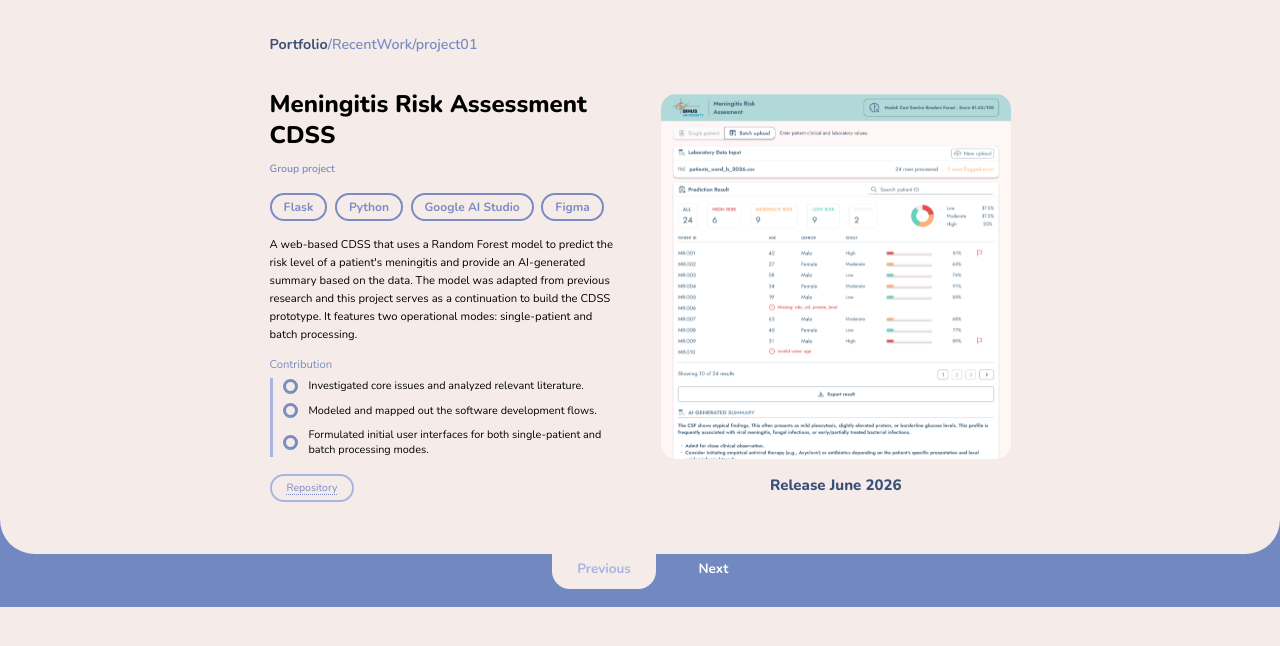
Repository: L-vy/L-vy
Page: /recentworks/project01
These files come from the project's save history. The page is drawn as it stood at one moment and after the next save; the edit follows.
The browser window is 1280 px wide. The pictures show the whole page.
Some web fonts or font styles are not loaded; a fallback is used. The project was rebuilt for these pictures with package versions that can differ from the ones it lists, and the page was loaded fresh each time. Also part of the build but not shown: vite.config.ts, src/components/Icon.tsx, src/data/site.ts, src/components/useGoTo.ts, src/components/Navbar.tsx, src/components/Hero.tsx, src/components/Reveal.tsx, src/components/Skills.tsx and 9 more.

Above is the page before, as saved 2026-10-07 19:47:40.

### index.html
<!doctype html>
<html lang="en">
  <head>
    <meta charset="UTF-8" />
    <meta name="viewport" content="width=device-width, initial-scale=1.0" />
    <meta name="description" content="Portfolio of Latasha Ivy Khoe, Computer Science student specializing in Cloud Technology, UI/UX design and full-stack development." />
    <meta name="theme-color" content="#7288c1" />
    <link rel="icon" href="/images/ivy-logo.svg" />
    <link rel="preconnect" href="https://fonts.googleapis.com" />
    <link rel="preconnect" href="https://fonts.gstatic.com" crossorigin />
    <link href="https://fonts.googleapis.com/css2?family=Nunito:ital,wght@0,400;0,600;0,700;0,800;1,400&family=Playwrite+US+Modern:wght@100..400&display=swap" rel="stylesheet" />
    <title>Latasha Ivy Khoe | Portfolio</title>
  </head>
  <body>
    <div id="root"></div>
    <script type="module" src="/src/main.tsx"></script>
  </body>
</html>

### src/main.tsx
import { StrictMode } from 'react'
import { createRoot } from 'react-dom/client'
import App from './App'
import './styles.css'
createRoot(document.getElementById('root')!).render(<StrictMode><App /></StrictMode>)

### src/App.tsx
import { BrowserRouter, Route, Routes } from 'react-router-dom'
import Home from './pages/Home'
import ProjectDetails from './pages/ProjectDetails'
import CursorCircle from './components/CursorCircle'
export default function App() {
  return (
    <BrowserRouter>
      <CursorCircle />
      <Routes>
        <Route path="/" element={<Home />} />
        <Route path="/recentworks/:id" element={<ProjectDetails />} />
        <Route path="*" element={<Home />} />
      </Routes>
    </BrowserRouter>
  )
}

### src/styles.css
/* Sizes are authored at design scale (16px = 1rem) and rendered at 75% via html{font-size:75%}. */
:root{--blue:#7288c1;--cream:#f5ecea;--ink:#3b5078;--peri:#7a8cc2;--light:#a9b5e0;--bar:#9fadd1;--pill:#d3d6e6;--panel:#d1d4e3;--ph:#d9d9d9;--txt:#000;--gut:max(3.5rem,calc((100% - 68.75rem)/2 + 3.5rem));color-scheme:light}
html{font-size:75%}
*{box-sizing:border-box}
body{margin:0;background:var(--cream);color:var(--txt);font-family:'Nunito',system-ui,sans-serif;line-height:1.4}
h1,h2,h3,p,ul{margin:0}
ul{padding:0;list-style:none}
a{color:inherit}
button{font-family:inherit;cursor:pointer}
img{max-width:100%}
:focus-visible{outline:3px solid var(--ink);outline-offset:3px}
.fx{font-family:'Playwrite US Modern','Nunito',cursive;font-weight:400}
.nav{position:relative;height:4.5rem;background:var(--blue)}
.nav::after{content:'';position:absolute;left:0;right:0;top:100%;height:2.875rem;background:var(--blue)}
.nav-tabs{max-width:68.75rem;margin:0 auto;height:100%;display:flex;align-items:flex-end;padding-left:28%}
.nav-tab{width:8.25rem;height:4rem;border:0;background:none;color:#e9ecf7;display:grid;place-items:center;padding:0;transition:opacity .25s}
.nav-tab:hover{opacity:.8}
.nav-tab.active{background:var(--cream);border-radius:1.5rem 1.5rem 0 0;color:var(--light);opacity:1}
.nav-tab img{height:2.125rem}
.page{position:relative;z-index:1;background:var(--cream);border-radius:2.875rem 2.875rem 0 0;padding:0 var(--gut)}
.section{padding-top:5.625rem}
.hero{position:relative;padding-top:2.875rem}
.hero-top{display:flex;justify-content:space-between;align-items:center}
.path{font-size:1.1875rem;font-weight:600;color:var(--peri)}
.path b{color:var(--ink);font-weight:700}
.crumb{background:none;border:0;padding:0;font:inherit;color:inherit}
.contact-link{background:none;border:0;font-size:1.1875rem;font-weight:700;color:var(--ink)}
.hero-grid{display:grid;grid-template-columns:16.875rem 1fr;gap:3.125rem;align-items:center;margin-top:3.25rem}
.hero-photo{width:100%;aspect-ratio:1;object-fit:cover;background:var(--ph);border-radius:2.5rem;transition:transform .3s}
.hero-photo:hover{transform:rotate(-1.2deg) scale(1.015)}
.hello{height:3.375rem;width:auto;display:block}
h1{margin-top:0.25rem;font:400 2.5rem/1.35 'Playwrite US Modern','Nunito',cursive}
.lead{max-width:30rem;font-size:1.0625rem;line-height:1.6;margin-top:0.875rem}
.lead.sm{font-size:0.9375rem;max-width:none;margin-top:1.25rem}
.actions{display:flex;align-items:center;gap:2.25rem;margin-top:1.625rem;flex-wrap:wrap}
.btn{display:inline-flex;align-items:center;gap:0.5rem;background:var(--ink);color:#fff;border:0;border-radius:62.4375rem;padding:0.75rem 1.375rem;font-size:1.0625rem;font-weight:700;transition:transform .25s}
.btn:hover{transform:translateY(-2px)}
.btn.blue{background:var(--blue);font-size:1.1875rem;padding:0.875rem 1.75rem}
.link-dotted{text-decoration:underline dotted;text-underline-offset:0.25rem;font-weight:700}
.link-dotted.grey{color:#777;font-size:1.0625rem}
.butterfly{display:block;margin:4rem auto 0;width:6rem}
.intro{max-width:47.5rem;margin:4.375rem auto 0;text-align:center}
.intro-text{font-size:1rem;line-height:1.7}
.pills{display:flex;flex-wrap:wrap;gap:0.625rem;justify-content:center;margin-top:1.375rem}
.pills.left{justify-content:flex-start}
.pill{border-radius:24rem;padding:0.3rem 1rem;font-weight:700;font-size:0.9375rem;background:var(--pill);color:var(--peri)}
.pill.solid-outline{background:none;border:2px solid var(--peri);font-size:1rem}
.reveal{opacity:0;transform:translateY(0.875rem);transition:opacity .6s,transform .6s}
.reveal.in{opacity:1;transform:none}
.fill{height:100%}
.cards{display:grid;grid-template-columns:repeat(4,1fr);gap:1.625rem;margin-top:2.125rem}
.card{display:flex;flex-direction:column;min-width:0}
.card-img{display:block;aspect-ratio:400/420;border-radius:2.25rem;overflow:hidden;background:var(--ph);transition:transform .3s}
.card-img img{width:100%;height:100%;object-fit:cover;display:block}
.card:hover .card-img{transform:rotate(-1.2deg) scale(1.015)}
.card-title{display:flex;justify-content:space-between;align-items:flex-start;gap:0.5rem;margin-top:1rem;color:var(--ink)}
.card-title .icon{flex:none}
.clamp{font-size:1.125rem;font-weight:800;line-height:1.3;color:var(--txt);display:-webkit-box;-webkit-line-clamp:2;-webkit-box-orient:vertical;overflow:hidden}
.card-sum{font-size:0.875rem;line-height:1.5;margin-top:0.375rem}
.card-links{margin-top:0.625rem}
.card-links .link-dotted{color:var(--peri);font-size:0.875rem}
.tabbar{position:relative;background:var(--bar);border-radius:62.4375rem;padding:0.375rem 0.5rem;display:flex;justify-content:center;gap:0.75rem;margin-top:2.125rem;box-shadow:0 0.5rem 0.875rem -0.375rem rgba(60,70,110,.35)}
.tabwrap{position:relative;width:min(9.375rem,22%)}
.tab{width:100%;border:0;border-radius:62.4375rem;padding:0.5rem 0;font-size:1rem;font-weight:700;background:var(--pill);color:#8f9dcf;transition:background .25s,color .25s}
.tab.on{background:#fff;color:var(--ink)}
.pointer{position:absolute;left:50%;bottom:-1.25rem;margin-left:-0.5625rem;border:0.5625rem solid transparent;border-top:0;border-bottom:0.8125rem solid var(--ink)}
.panel{margin-top:2.75rem;background:var(--panel);border-radius:1.375rem;height:30.625rem;box-shadow:0 0.375rem 1rem -0.5rem rgba(60,70,110,.3);transition:background .3s,box-shadow .3s}
.panel.bound{background:transparent;box-shadow:none}
.banner{height:100%;display:flex;flex-direction:column;gap:2.125rem;padding:1.875rem 2.125rem 2.5rem}
.banner-img{flex:1;min-height:0;width:100%;object-fit:cover;background:var(--ph);border-radius:2.25rem;transition:transform .3s}
.banner:hover .banner-img{transform:rotate(-1.2deg) scale(1.015)}
.tx{padding-left:0.4375rem}
.tx h2{font-size:1.625rem;line-height:1.4}
.tx h3{margin-top:2px;font-size:1.1875rem;font-weight:700}
.tx p{margin-top:0.375rem;font-style:italic;font-size:0.9375rem}
.folders{height:100%;display:grid;grid-template-columns:1fr 1fr;gap:1.5rem;padding:1.75rem 2rem}
.folder{--rim:#3b5078;--body:#f3f3f9;background:var(--rim);border-radius:1.875rem;padding:1.5px;display:flex;flex-direction:column;overflow:hidden}
.media{height:11.875rem;margin-bottom:-2.5rem;flex:none;position:relative;overflow:hidden;border-radius:1.78125rem 1.78125rem 0 0;background:var(--ph)}
.media>*{display:block;width:100%;height:100%;object-fit:cover;background:var(--ph);transform:scale(1.06);transition:transform .3s}
.folder:hover .media>*{transform:rotate(-1.2deg) scale(1.1)}
.rest{flex:1;position:relative;z-index:1;background:var(--body);border-radius:0 1.78125rem 1.78125rem 1.78125rem;padding:0 1.375rem 1.125rem;display:flex;flex-direction:column}
.rest .tab{position:absolute;left:0;top:-2.25rem;width:80%;height:2.3125rem;padding:0;border-radius:1.25rem 1.25rem 0 0;background:var(--body)}
.rest .tab::after{content:'';position:absolute;right:-1.25rem;bottom:0;width:1.25rem;height:1.25rem;background:radial-gradient(circle at 100% 0,transparent 1.21875rem,var(--body) 1.25rem)}
.head{position:relative;margin-top:-1.375rem}
.head::before{content:'';float:right;width:24%;height:1rem}
.head b{display:-webkit-box;-webkit-line-clamp:3;-webkit-box-orient:vertical;overflow:hidden;font-size:1.0625rem;font-weight:800;line-height:1.25}
.head span{display:block;font-size:0.9375rem;color:#6f748f;margin-top:2px}
.folder p{margin-top:0.75rem;font-size:0.84375rem;font-style:italic;line-height:1.5;display:-webkit-box;-webkit-line-clamp:4;-webkit-box-orient:vertical;overflow:hidden}
.foot{margin-top:auto;padding-top:0.625rem;display:flex;justify-content:space-between;align-items:center;min-height:2.75rem}
.foot strong{font-size:1.5625rem;line-height:1.3}
.go{display:grid;place-items:center;width:2.5rem;height:2.5rem;border-radius:50%;background:var(--ink);color:#fff;transition:transform .25s}
.go:hover{transform:translate(2px,-2px)}
.exp{position:relative;height:100%}
.plate{position:absolute;left:0;top:0;bottom:0;width:8.125rem;background:#c9cde0;border-radius:1.625rem 0 0 1.625rem;box-shadow:0 0.625rem 1.125rem -0.625rem rgba(60,70,110,.4)}
.rail{position:absolute;left:0;top:4.4375rem;width:3.75rem;height:0;z-index:2}
.rail button{position:absolute;left:0.8125rem;top:calc(var(--i)*4.5rem);width:2.9375rem;height:5.25rem;z-index:calc(var(--i) + 1);border:0;background:var(--c);color:#fff;border-radius:1.125rem 0 0 1.125rem;display:grid;place-items:center;padding:0;transition:left .25s,width .25s}
.rail button:hover,.rail button[aria-selected=true]{left:0.4375rem;width:3.3125rem}
.rail button[aria-selected=true]{z-index:10}
.fcard{--acc:#9fadd1;position:absolute;left:3.75rem;right:0;top:0;bottom:0;background:var(--cream);border:2.5px solid var(--acc);border-radius:1.625rem;box-shadow:0 0.625rem 1.25rem -0.625rem rgba(60,70,110,.4);padding:1.375rem 1.75rem 1.375rem 1.875rem;overflow:hidden;transition:border-color .35s}
.pg{position:relative;height:100%;display:grid;grid-template-columns:1fr 1fr;grid-template-rows:auto 1fr;column-gap:3.5rem;animation:in .4s ease both}
@keyframes in{from{opacity:0;transform:translateY(0.5rem)}to{opacity:1;transform:none}}
.lab{grid-column:1/-1;font-size:0.8125rem}
.col{display:flex;flex-direction:column;min-width:0}
.col.end{align-self:end;padding-bottom:0.625rem}
.t{font-size:1.6875rem;font-weight:800;color:var(--ttl);line-height:1.2;margin-top:1.75rem}
.col.end .t{margin-top:0}
.sub{font-size:1.25rem;color:var(--ttl);margin-top:0.375rem}
.d{font-size:0.875rem;line-height:1.55;margin-top:1rem;font-style:italic}
.h{font-size:0.8125rem;margin:1.375rem 0 0.375rem}
.col ul{padding-left:1.25rem;font-size:0.84375rem;line-height:1.55;list-style:disc}
.stack,.zig{position:relative;margin-top:auto}
.stack{height:8rem}
.zig{margin-top:0.875rem}
.sp{position:absolute;display:block;width:62%;height:7.375rem;object-fit:cover;background:var(--ph);border:1px solid var(--txt);border-radius:1.625rem;transform:rotate(var(--r));transition:transform .3s}
.sp:hover{z-index:9;transform:rotate(calc(var(--r)*-1)) translateY(-0.3125rem) scale(1.03)}
.stack .sp:nth-child(1){--r:-2deg;left:0;top:0.375rem}
.stack .sp:nth-child(2){--r:1.5deg;left:20%;top:0.75rem}
.stack .sp:nth-child(3){--r:-1deg;left:38%;top:0}
.zig .sp{width:70%;height:7.5625rem}
.zig .sp:nth-child(1){--r:1deg;left:0;top:0}
.zig .sp:nth-child(2){--r:-1deg;left:44%;top:7rem}
.zig .sp:nth-child(3){--r:1deg;left:-1%;top:14.125rem}
.p1{left:47%;top:0.5rem;width:29%;height:8.4375rem;--r:1deg}
.p2{left:66%;top:4.875rem;width:27%;height:auto;aspect-ratio:210/297;--r:-1deg}
.contact{text-align:center;padding:5.75rem 0 6.25rem}
.contact h2{font-size:2.25rem;font-weight:400}
.contact b{font-weight:800}
.contact .btn{margin-top:1.375rem}
.footer{background:var(--blue);color:#eef0fa;padding:3.25rem var(--gut) 2.5rem;display:flex;justify-content:space-between;align-items:flex-end;gap:1.875rem;flex-wrap:wrap;min-height:14.375rem}
.footer ul{display:flex;gap:2.75rem;align-self:flex-start}
.ci{display:block;color:#dfe4f6;transition:transform .25s}
.ci:hover,.ci.pulse{transform:translateY(-0.25rem) scale(1.12)}
.footer-by{text-align:right;line-height:2;font-size:1rem}
.detail{border-radius:0 0 2.875rem 2.875rem;padding-top:2.875rem;padding-bottom:4.375rem}
.detail-grid{display:grid;grid-template-columns:1fr 1fr;gap:3.5rem;align-items:center;margin-top:2.875rem}
.detail-title{margin:0;font:800 2rem/1.3 'Nunito',sans-serif}
.detail .pills{margin-top:1.375rem}
.meta{margin-top:0.875rem;font-size:0.875rem;font-weight:600;color:var(--peri)}
.contrib{margin:1.125rem 0 0.5rem;font:400 0.9375rem 'Playwrite US Modern','Nunito',cursive;color:var(--peri)}
.contrib-list{border-left:3px solid var(--light);padding-left:0.875rem;display:grid;gap:0.75rem;font-size:0.90625rem}
.contrib-list li{display:flex;gap:0.875rem;align-items:center}
.contrib-list li::before{content:'';width:0.75rem;height:0.75rem;flex:none;border-radius:50%;border:3px solid var(--peri)}
.detail-links{display:flex;gap:0.75rem;flex-wrap:wrap;margin-top:1.375rem}
.detail-links .pill{background:none;border:2px solid var(--light);color:var(--peri);padding:0.375rem 1.25rem;font:400 0.875rem 'Playwrite US Modern','Nunito',cursive;text-decoration:underline dotted;text-underline-offset:0.25rem}
.proto{margin:0}
/* .proto img{display:block;width:100%;aspect-ratio:1/1.08;object-fit:cover;background:var(--ph);border:3px solid var(--ink);border-radius:3rem;transition:transform .3s} */
.proto img {  border: 0;  outline: 0;  border-radius: 15px;}
.proto img:hover{transform:rotate(1.2deg) scale(1.015)}
.proto figcaption{text-align:center;font-weight:800;font-size:1.25rem;color:var(--ink);margin-top:1rem}
.pager{background:var(--blue);margin-top:-2.875rem;padding:5.5rem var(--gut) 1.5rem;display:flex;justify-content:center;gap:3.5rem}
.pager-btn{margin-top:-3rem;height:3.25rem;display:grid;place-items:center;color:#fff;font-weight:700;font-size:1.125rem;text-decoration:none;transition:opacity .2s}
.pager-btn.prev{background:var(--cream);color:var(--ink);padding:0 2.125rem;border-radius:0 0 1.5rem 1.5rem}
.pager-btn.off{opacity:.5}
.pager-btn.prev.off{opacity:1;color:var(--light)}
.cursor-circle{position:fixed;left:0;top:0;width:4rem;height:4rem;border-radius:50%;background:rgba(114,136,193,.28);pointer-events:none;z-index:50;transform:translate(-6.25rem,-6.25rem) scale(0);transition:transform .18s}
@media (max-width:960px)
{.cards{grid-template-columns:1fr 1fr}.nav-tabs{padding-left:4%}.nav-tab{width:6rem}}
@media (max-width:760px)
{.page{border-radius:1.875rem 1.875rem 0 0;padding:0 1.25rem}.hero-grid,.detail-grid{grid-template-columns:1fr;gap:1.75rem}.hero-photo{max-width:16.25rem}h1{font-size:1.875rem}.detail-title{font-size:1.5625rem}.cards{grid-template-columns:1fr}.tab{font-size:0.75rem}.tabbar{gap:0.375rem}.pointer{display:none}.panel{height:auto}.banner{padding:1.125rem;gap:1.5rem}.banner-img{flex:none;height:11.875rem}.folders{grid-template-columns:1fr;padding:1.125rem}.folder{min-height:23.75rem}.contact h2{font-size:1.6875rem}.footer ul{gap:1.375rem}.footer-by{text-align:left}.plate{display:none}.fcard{position:static;padding:1.25rem 1.125rem;border-radius:1.375rem}.exp{height:auto}.rail{position:static;height:auto;display:flex;gap:0.375rem;padding-left:0.625rem}.rail button,.rail button:hover,.rail button[aria-selected=true]{position:static;width:3.5rem;height:2.875rem;border-radius:0.875rem 0.875rem 0 0}.pg{display:flex;flex-direction:column;gap:0.875rem;height:auto}.col.end{padding:0}.stack,.zig{height:auto;display:grid;gap:0.625rem;margin-top:0.625rem}.pg .sp{position:static;width:100%;height:6.875rem}.pg .p2{height:auto;width:58%;align-self:center}}
@media (prefers-reduced-motion:reduce){*{transition:none!important;animation:none!important}}

### src/pages/ProjectDetails.tsx
import { useEffect } from 'react'
import { Link, Navigate, useNavigate, useParams } from 'react-router-dom'
import { projects } from '../data/projects'
export default function ProjectDetails() {
  const { id } = useParams(); const nav = useNavigate()
  const i = projects.findIndex(p => p.id === id)
  useEffect(() => { window.scrollTo(0, 0) }, [id])
  if (i < 0) return <Navigate to="/" replace />
  const p = projects[i], prev = projects[i - 1], next = projects[i + 1]
  return (<>
    <main className="page detail">
      <p className="path">
        <button className="crumb" onClick={() => nav('/', { state: { scrollTo: 'recent-works' } })}><b>Portfolio</b>/RecentWork</button>/{p.id}
      </p>
      <div className="detail-grid">
        <div>
          <h1 className="detail-title">{p.title}</h1>
          <p className="meta">{p.type}</p>
          {/* <ul className="pills left">{p.categories.map(c => <li key={c} className="pill solid-outline">{c}</li>)}</ul>
          <p className="meta">{p.tools.join(' · ')} · {p.type}</p> */}
          <ul className="pills left" aria-label="Tools">{p.tools.map(t => <li key={t} className="pill solid-outline">{t}</li>)}</ul>
          <p className="lead sm">{p.description}</p>
          <h2 className="contrib">Contribution</h2>
          <ul className="contrib-list">{p.contributions.map(c => <li key={c}>{c}</li>)}</ul>
          <div className="detail-links">{p.links.map(l => <a key={l.label} className="pill link-dotted" href={l.url} target="_blank" rel="noreferrer">{l.label}</a>)}</div>
        </div>
        <figure className="proto">
          <img src={p.prototypeImage} alt={`${p.title} prototype`} />
          <figcaption>Release {p.releaseDate}</figcaption>
        </figure>
      </div>
    </main>
    <div className="pager">
      {prev ? <Link className="pager-btn prev" to={`/recentworks/${prev.id}`}>Previous</Link> : <span className="pager-btn prev off">Previous</span>}
      {next ? <Link className="pager-btn" to={`/recentworks/${next.id}`}>Next</Link> : <span className="pager-btn off">Next</span>}
    </div>
  </>)
}

### src/components/CursorCircle.tsx
import { useEffect, useRef } from 'react'
// Soft circle that follows the pointer and expands over buttons/links. Hidden on touch devices.
export default function CursorCircle() {
  const ref = useRef<HTMLDivElement>(null)
  useEffect(() => {
    if (!window.matchMedia('(hover: hover) and (pointer: fine)').matches) return
    const el = ref.current!
    const move = (e: MouseEvent) => {
      const over = (e.target as Element | null)?.closest('a,button,[data-cursor]')
      el.style.transform = `translate(${e.clientX}px,${e.clientY}px) translate(-50%,-50%) scale(${over ? 1 : 0})`
    }
    const leave = () => { el.style.transform = 'translate(-100px,-100px) scale(0)' }
    window.addEventListener('mousemove', move); document.addEventListener('mouseleave', leave)
    return () => { window.removeEventListener('mousemove', move); document.removeEventListener('mouseleave', leave) }
  }, [])
  return <div ref={ref} className="cursor-circle" aria-hidden="true" />
}

### src/data/projects.ts
export interface ProjectLink { label: string; url: string }
export interface Project {
  id: string; title: string; shortDescription: string; description: string
  image: string; prototypeImage: string; categories: string[]; tools: string[]; type: string
  links: ProjectLink[]; releaseDate: string; contributions: string[]
}
const img = (name: string) => `/images/projects/${name}.svg`
export const projects: Project[] = [
  {
    id: 'project01', title: 'Meningitis Risk Assessment CDSS',
    shortDescription: 'Clinical decision support for meningitis risk.',
    description: "A web-based CDSS that uses a Random Forest model to predict the risk level of a patient's meningitis and provide an AI-generated summary based on the data. The model was adapted from previous research and this project serves as a continuation to build the CDSS prototype. It features two operational modes: single-patient and batch processing.",
    image: img('cdss-meningitis'), prototypeImage: img('cdss-meningitis'), categories: ['Application Development', 'UI/UX'],
    tools: ['Flask', 'Python', 'Google AI Studio', 'Figma'], type: 'Group project',
    links: [{ label: 'Repository', url: 'https://github.com/chrysan95/meningitis_risk_assessment' }], releaseDate: 'June 2026',
    contributions: ['Investigated core issues and analyzed relevant literature.', 'Modeled and mapped out the software development flows.', 'Formulated initial user interfaces for both single-patient and batch processing modes.'],
  },
  {
    id: 'project02', title: 'Klerve', shortDescription: 'Haptic pen and AI app that helps people with ADHD regain focus.',
    description: "This project, which started as an ideation, is designed to help individuals with ADHD or focus difficulties by using a haptic pen connected to an app. The AI-based system tracks body and eye movements, then provides vibration alerts that help users regain focus. It aligns with Google.org's focus on education while implementing human-centered AI technology.",
    image: img('klerve'), prototypeImage: img('klerve'), categories: ['UI/UX'], tools: ['Figma'], type: 'Group project',
    links: [{ label: 'Proposal', url: 'https://drive.google.com/file/d/1Z4kwclvYXWxlEG2Ly2cNN0OCXOssgMGx/view?usp=sharing' }, { label: 'Video', url: 'https://youtu.be/0q1nO0iuCGU?si=mCvCKTX16-4OYDPh' }],
    releaseDate: 'March 2026',
    contributions: ['Researched target user needs and primary focus challenges.', 'Structured and designed the proposal layout for a highly readable review.', 'Assisted in designing initial interface concepts for the prototype app.'],
  },
  {
    id: 'project03', title: 'Ducky', shortDescription: 'Gamified flashcard app for smarter university studying.',
    description: 'Ducky is a gamified learning application made for university students who have trouble building a proper learning strategy. Built on a simple, memory-focused flashcard app, it makes studying more engaging and digestible in a shorter span of time. Each day presents a daily quest to unlock Ducky skins, completed by checking off to-do lists or earning XP in the training hall.',
    image: img('ducky'), prototypeImage: img('ducky'), categories: ['UI/UX'], tools: ['Figma'], type: 'Self-initiated project',
    links: [{ label: 'Prototype', url: 'https://www.figma.com/proto/vDHKPYqVWF5EF2O1UojpyD/Final-Project-UI-UX?node-id=77-3&p=f&viewport=-196%2C-27%2C0.02&t=XdKJMJBtwxoFTxZr-1&scaling=scale-down&content-scaling=fixed&starting-point-node-id=77%3A3&show-proto-sidebar=1&page-id=37%3A4298' }, { label: 'Overview', url: 'https://drive.google.com/file/d/1gh3WKY70dS-ZdYFia5I56Ok9MZQVw0ZY/view?usp=sharing' }],
    releaseDate: 'May 2025',
    contributions: ['Researched user needs through targeted surveys.', 'Designed interactive app prototype layouts.', 'Conducted app evaluations and user testing.', 'Structured the case study presentation and wireframes.'],
  },
  {
    id: 'project04', title: 'Perfect Farm', shortDescription: 'Marketplace for odd-looking produce to reduce food waste.',
    description: 'An online platform that enables farmers to sell odd-looking fruits and vegetables directly to consumers. These products are still fit for consumption but do not meet standard market appearances. The project aims to reduce food waste and give consumers affordable yet healthy diets, supporting UN Sustainable Development Goals 1, 2, and 10.',
    image: img('perfect-farm'), prototypeImage: img('perfect-farm'), categories: ['UI/UX'], tools: ['Figma'], type: 'Group project',
    links: [{ label: 'Prototype', url: 'https://www.figma.com/proto/0NArwISPxhp6qkAFpMuTFR/GoGlobal-Innovation?node-id=26-292&p=f&viewport=103%2C214%2C0.21&t=yB5uVCZkxzJckIVd-1&scaling=min-zoom&content-scaling=fixed&page-id=24%3A2' }, { label: 'Overview', url: 'https://canva.link/1w0f1v8fhv46lss' }],
    releaseDate: 'June 2025',
    contributions: ['Researched food waste relevancy across UK and SEA regions.', 'Formatted and structured the presentation layout.', 'Designed initial customer and farmer interface prototype layouts and app logo.'],
  },
]

After the next save:
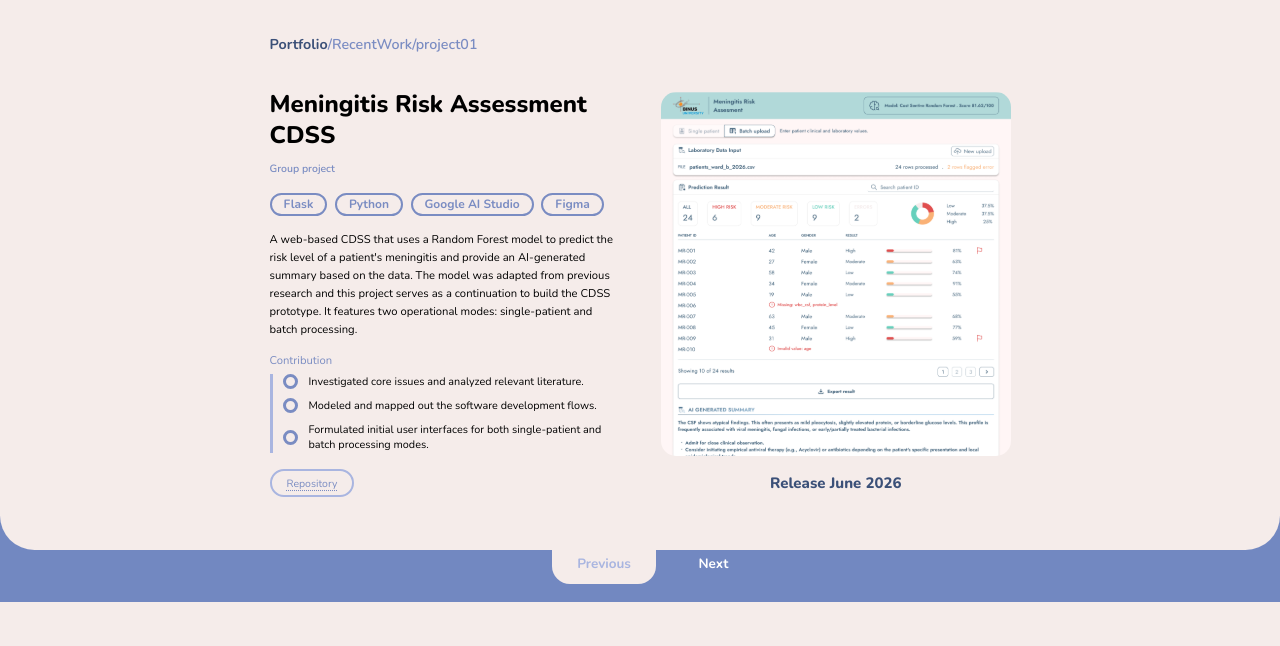
Saved 48 s later.
--- a/src/styles.css
+++ b/src/styles.css
@@ -43,7 +43,7 @@ h1{margin-top:0.25rem;font:400 2.5rem/1.35 'Playwrite US Modern','Nunito',cursiv
 .intro-text{font-size:1rem;line-height:1.7}
 .pills{display:flex;flex-wrap:wrap;gap:0.625rem;justify-content:center;margin-top:1.375rem}
 .pills.left{justify-content:flex-start}
-.pill{border-radius:24rem;padding:0.3rem 1rem;font-weight:700;font-size:0.9375rem;background:var(--pill);color:var(--peri)}
+.pill{border-radius:24rem;padding:0.1rem 1rem;font-weight:700;font-size:0.9375rem;background:var(--pill);color:var(--peri)}
 .pill.solid-outline{background:none;border:2px solid var(--peri);font-size:1rem}
 .reveal{opacity:0;transform:translateY(0.875rem);transition:opacity .6s,transform .6s}
 .reveal.in{opacity:1;transform:none}
